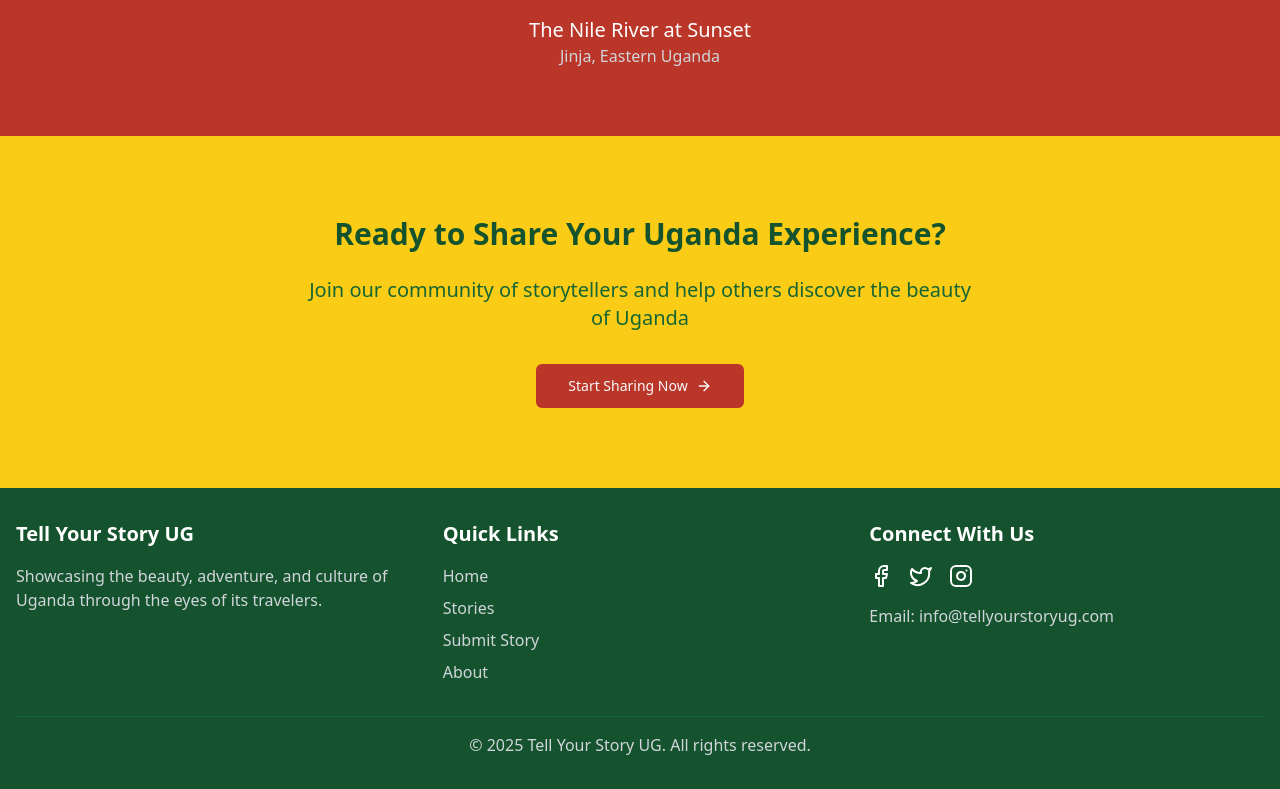
Repository: kaizoku010/take.part
Page: /
These files come from the project's save history. The page is drawn as it stood at one moment and after a run of saves; the edit follows.
The browser window is 1280 px wide. The pictures show the part of the page from y = 2575 to 3364 px (the page is 3364 px tall).
The project was rebuilt for these pictures with package versions that can differ from the ones it lists, and the page was loaded fresh each time. Also part of the build but not shown: vite.config.ts, src/components/ui/tooltip.tsx, src/pages/About.tsx, src/components/ui/input.tsx, src/pages/Stories.tsx, src/pages/StoryDetail.tsx, src/components/ui/use-toast.ts, src/components/ui/label.tsx and 3 more.

Above is the page before, as saved 2025-04-14 14:16:17.

After the next 4 saves:
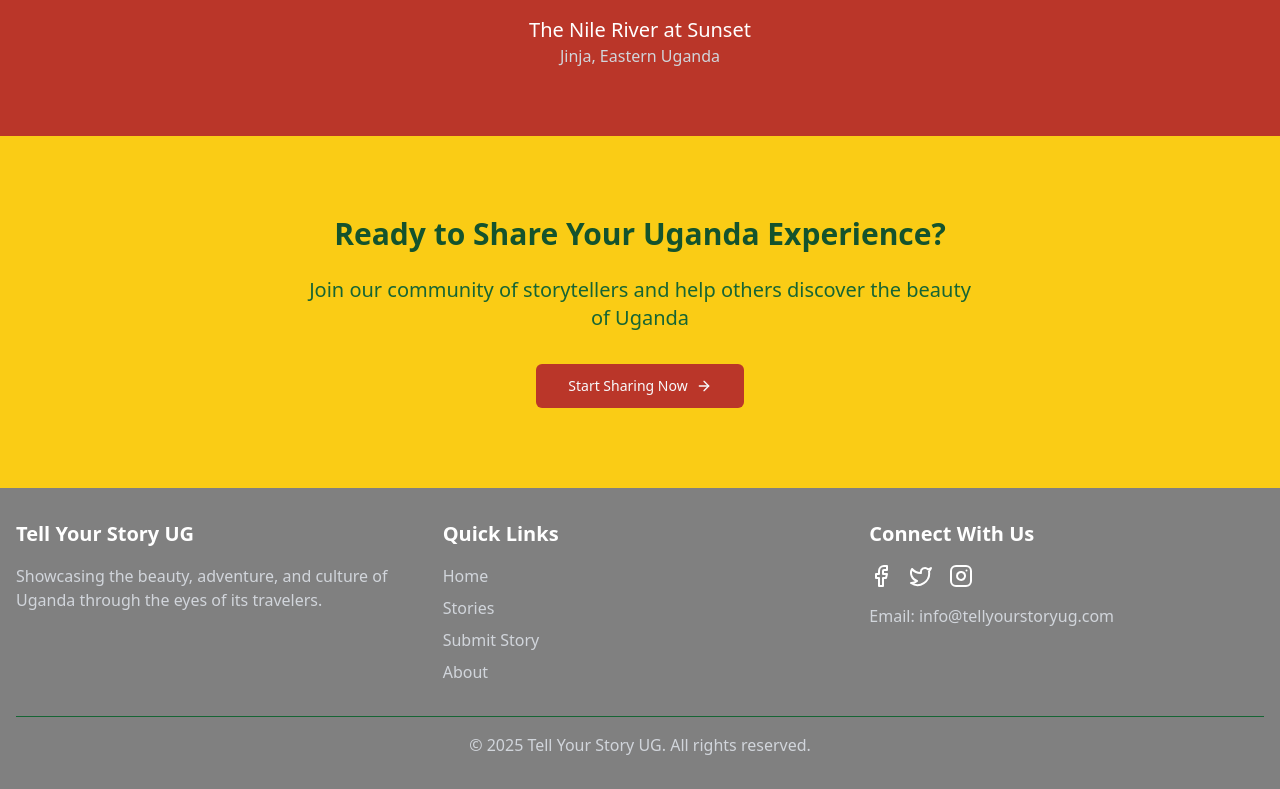
The 4 saves are shown as one change because they came seconds apart.
The last was saved 11 s later.
--- a/src/mdx.css
+++ b/src/mdx.css
@@ -20,6 +20,6 @@ color:rgba(0, 0, 0, 0.658) !important;
     background-color: rgb(254, 177, 0) !important;
 }
 
-..bg-green-900 {
-
+.bg-green-900 {
+background-color: gray !important;
 }
